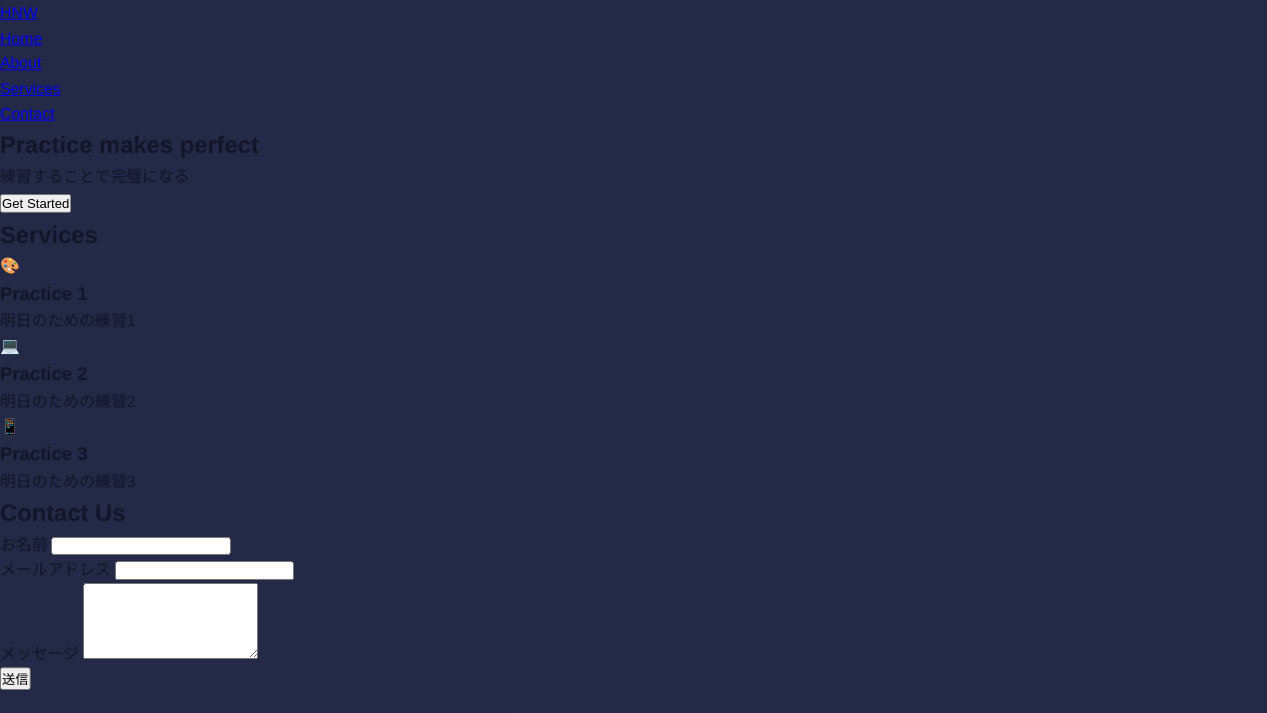
Repository: co6tter/hello-newworld-v3
Page: index.html
An editor plug-in stored every save of this project. The page is shown before and after the next save, followed by the edit.
The browser window is 1280 px wide. The pictures show the whole page, at 99% of full size.

Above is the page before, as saved 2025-07-14 19:38:16.

After the next save:
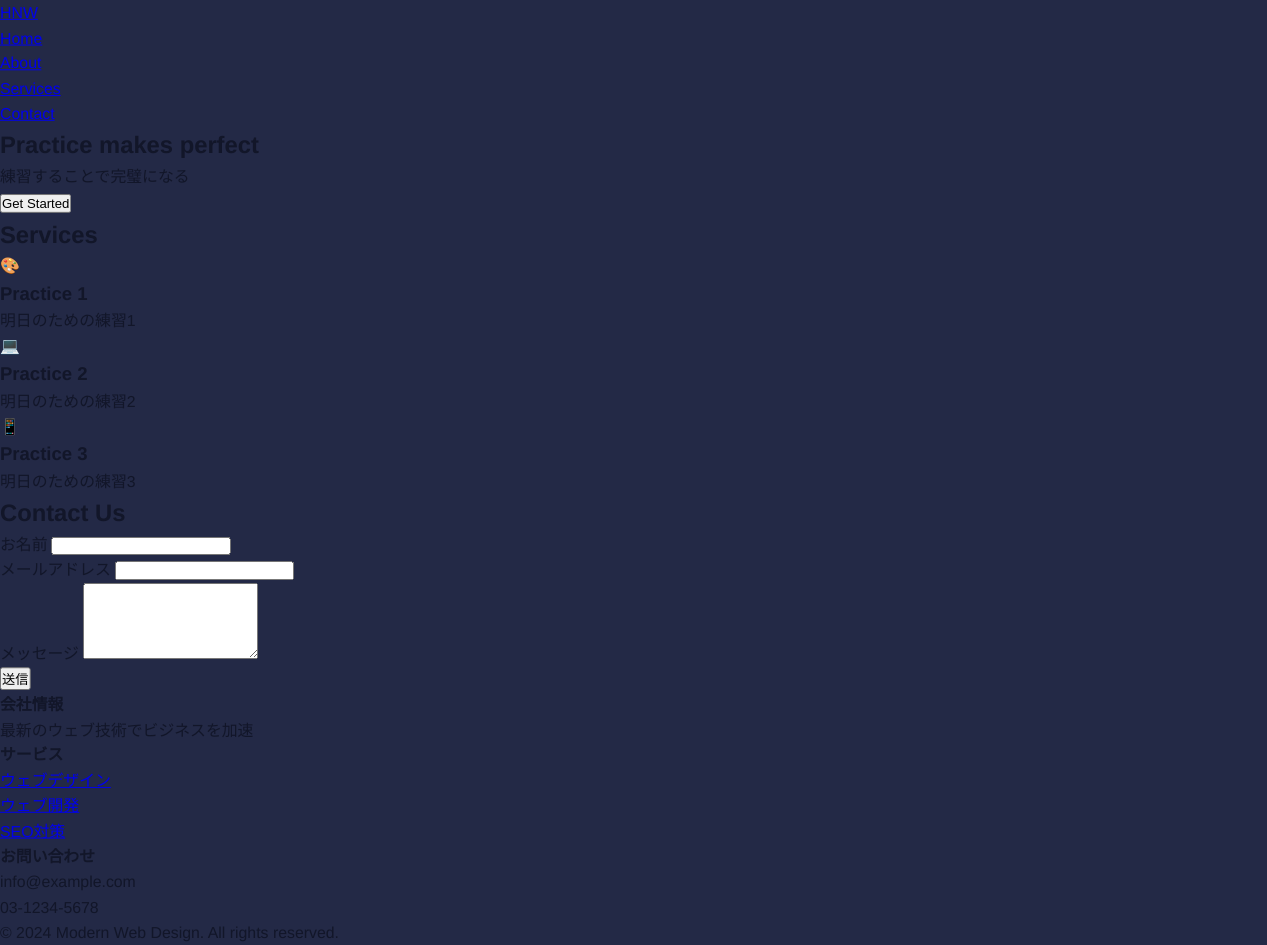
Saved 26 s later.
--- a/index.html
+++ b/index.html
@@ -86,5 +86,32 @@
         </form>
       </div>
     </section>
+
+    <footer class="footer">
+      <div class="container">
+        <div class="footer-content">
+          <div class="footer-section">
+            <h4>会社情報</h4>
+            <p>最新のウェブ技術でビジネスを加速</p>
+          </div>
+          <div class="footer-section">
+            <h4>サービス</h4>
+            <ul>
+              <li><a href="#">ウェブデザイン</a></li>
+              <li><a href="#">ウェブ開発</a></li>
+              <li><a href="#">SEO対策</a></li>
+            </ul>
+          </div>
+          <div class="footer-section">
+            <h4>お問い合わせ</h4>
+            <p>info@example.com</p>
+            <p>03-1234-5678</p>
+          </div>
+        </div>
+        <div class="footer-bottom">
+          <p>&copy; 2024 Modern Web Design. All rights reserved.</p>
+        </div>
+      </div>
+    </footer>
   </body>
 </html>
